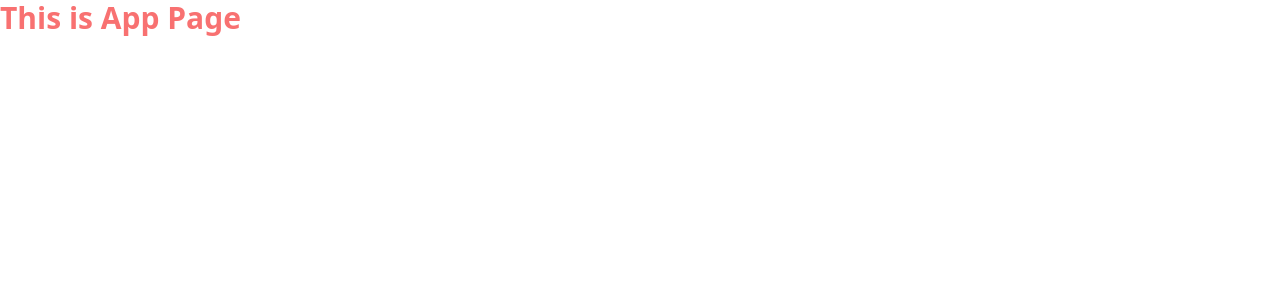
Repository: SaadYasin/react-internationalization
Page: /
An editor plug-in stored every save of this project. The page is shown before and after the next save, followed by the edit.
The browser window is 1280 px wide. The pictures show the whole page.
The project was rebuilt for these pictures with package versions that can differ from the ones it lists, and the page was loaded fresh each time. Also part of the build but not shown: vite.config.js.

Above is the page before, as saved 2024-07-18 01:50:02.

### src/App.jsx


function App() {

  return (
    <>
      <div>
        <h1 className="text-3xl font-bold text-red-400 ">This is App Page</h1>
      </div>

    </>
  )
}

export default App

### tailwind.config.js
/** @type {import('tailwindcss').Config} */
export default {
  content: [
    "./index.html",
    "./src/**/*.{js,ts,jsx,tsx}"],
  theme: {
    extend: {},
  },
  plugins: [],
};

Loaded but not shown: index.html (common file); src/main.jsx (common file); src/index.css (common file)

After the next save:
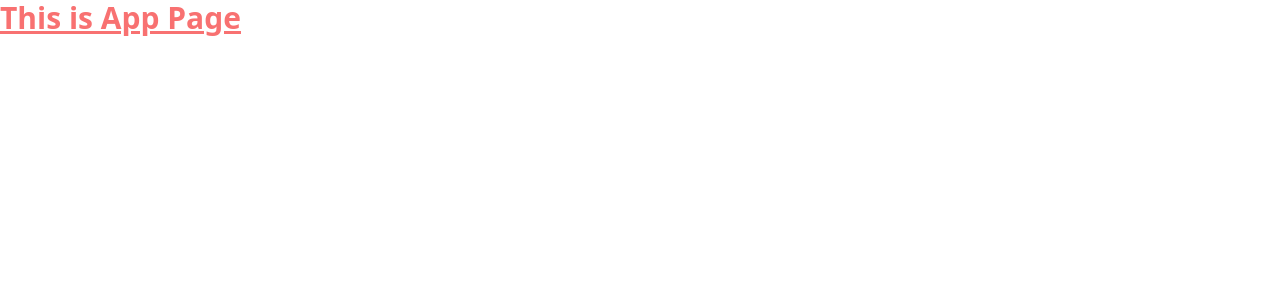
Saved 4 s later.
--- a/src/App.jsx
+++ b/src/App.jsx
@@ -5,7 +5,7 @@
   return (
     <>
       <div>
-        <h1 className="text-3xl font-bold text-red-400 ">This is App Page</h1>
+        <h1 className="text-3xl font-bold text-red-400 underline">This is App Page</h1>
       </div>
 
     </>

After the 2 saves that followed:
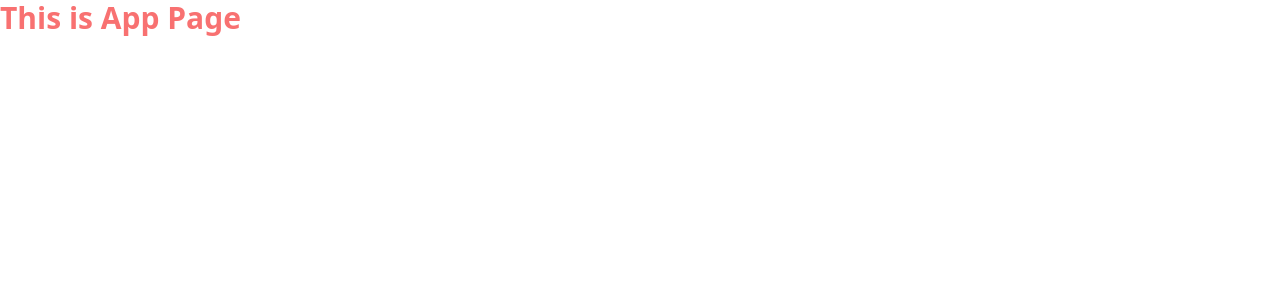
The 2 saves are shown as one change because they came seconds apart.
The last was saved 15 s later.
--- a/src/App.jsx
+++ b/src/App.jsx
@@ -5,7 +5,7 @@
   return (
     <>
       <div>
-        <h1 className="text-3xl font-bold text-red-400 underline">This is App Page</h1>
+        <h1 className="text-3xl font-bold text-red-400 un">This is App Page</h1>
       </div>
 
     </>
